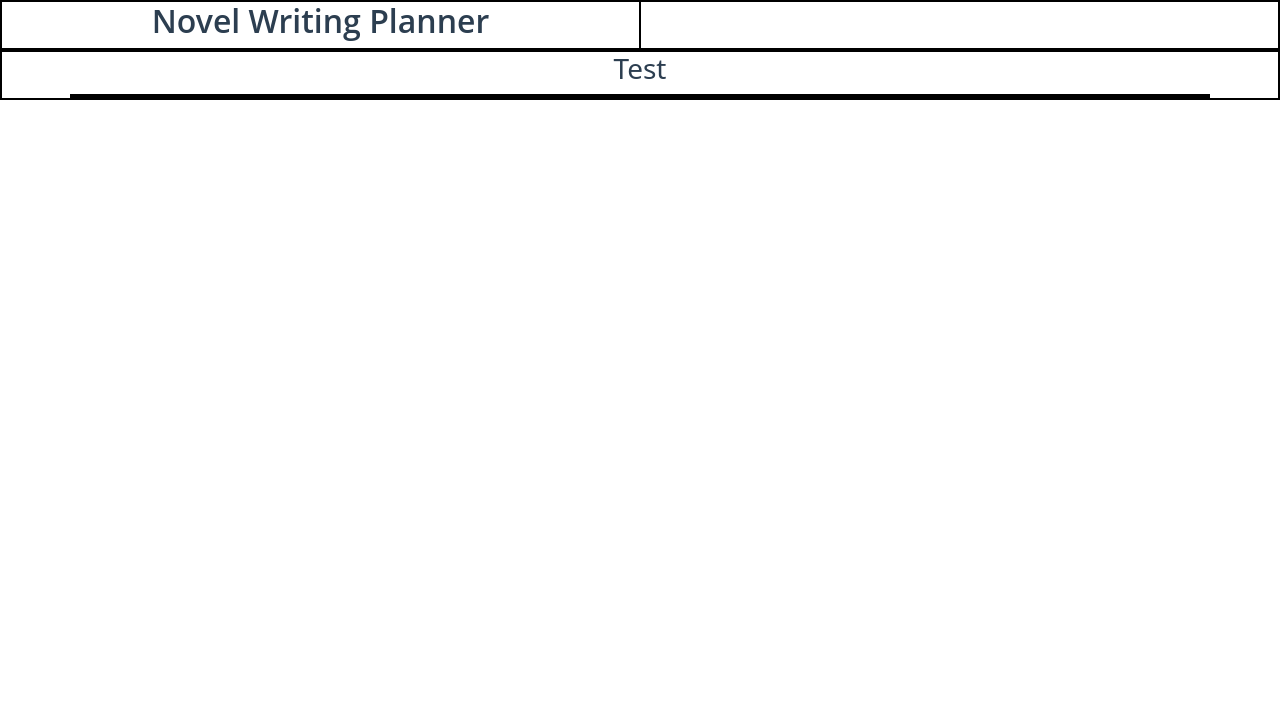
Repository: GossipCoco/RallyeBookV2
Page: /
An editor plug-in stored every save of this project. The page is shown before and after the next save, followed by the edit.
The browser window is 1280 px wide. The pictures show the whole page.
The page's requests for data from a server got no answer. The project was rebuilt for these pictures with package versions that can differ from the ones it lists, and the page was loaded fresh each time. No one was signed in, and anything a server would have sent is missing. Also part of the build but not shown: vue.config.js, src/api/JwTApi.js, server.js, src/components/PageComponent/Login.vue.

Above is the page before, as saved 2023-12-11 15:37:08.

### src/main.js
import { createApp } from 'vue'
import App from './App.vue'
import Router from './Router/Index'
import axios from 'axios'
import VueAxios from 'vue-axios'
import Vuex from 'vuex'
import store from "./store"
// import io from 'socket.io-client'
import { library } from '@fortawesome/fontawesome-svg-core'
import { faCat, faEnvelope, faGamepad, faHome, faHouseUser, faUser, faUserAlt, faUserCog, faUsers } from '@fortawesome/free-solid-svg-icons'
import { FontAwesomeIcon } from '@fortawesome/fontawesome-free'

import 'bootstrap/dist/css/bootstrap.css'
import './assets/css/Layout.css'
import './assets/css/Card.css'


library.add(faUser, faHouseUser, faGamepad, faUser, faHome, faEnvelope, faUserCog, faCat, faUserAlt, faUsers, faCat)
const app = createApp(App)

app.use(FontAwesomeIcon)
app.use(Vuex)
app.use(store)
app.use(Router)
app.use(VueAxios, axios)
app.mount('#app')

### src/App.vue
<template>
  <div class="container-fluid">
    <div class="row">
      <div class="col-6">
        <h1>Novel Writing Planner</h1>
      </div>
      <div class="col-6"></div>
    </div>
    <div class="row">
      <div class="col-12">
      <router-view></router-view>
      </div>
    </div>
  </div>
</template>

<script>
export default {
  name: "App",
};
</script>

<style>
#app {
  -webkit-font-smoothing: antialiased;
  -moz-osx-font-smoothing: grayscale;
  text-align: center;
  color: #2c3e50;
}
</style>

### src/Router/Index.js
import { createWebHistory, createRouter } from "vue-router";
import Home from '../components/PageComponent/Home.vue'
import Login from '../components/PageComponent/Login.vue'

const routes = [
  {
    path: "/",
    name: "home",
    component: Home,
  },
  {
    path: "/home",
    component: Home,
  },
  {
    path: "/login",
    component: Login,
  },
]

const router = createRouter({
    history: createWebHistory(),
    routes,
  });

  export default router;

### src/store/index.js
import { createStore } from "vuex";
import { auth } from "./auth.module";
export default createStore({
  modules: {
    auth,
  },
  state: {},
  mutations: {},
  actions: {},
});

### src/assets/css/Layout.css
@import './variables.scss';

html,
body {
    height: 100vh;
    overflow-y: hidden;
    overflow-x: hidden;
    scroll-behavior: smooth;
    background-size: cover;
    background-position: 10%;
}
.logo{
    width: 25vh;
}
.login-page{
    overflow: auto;
    height: 55vh;
}
#profile-img{
    width: 20px;
}
h1{
    font-family: var(--opensans-text);
    font-weight: 600;
    font-size: 2rem;
}
.row, .col,
.col-1, .col-2, .col-3, .col-4, .col-5, .col-6, .col-7, .col-8, .col-9, .col-10, .col-11, .col-12{
    border: 1px solid rgba(var(--main-black), 1);
}

### src/components/PageComponent/Home.vue
<template>
  <div class="container">
    <header class="jumbotron">
      <h3>Test</h3>
    </header>
    <main class="row">
      <div class="col-12">
        <router-view></router-view>
      </div>
    </main>
  </div>
</template>

  <script>
import UserService from "../../Services/user.service";

export default {
  name: "Home",
  data() {
    return {
      content: "",
      user: "coco",
    };
  },
  mounted() {
    UserService.getPublicContent().then(
      (response) => {
        this.content = response.data;
      },
      (error) => {
        this.content =
          (error.response &&
            error.response.data &&
            error.response.data.message) ||
          error.message ||
          error.toString();
      }
    );
  },
};
</script>

### src/store/auth.module.js
import AuthService from '../Services/auth.service';

const user = JSON.parse(localStorage.getItem('user'));
const initialState = user
  ? { status: { loggedIn: true }, user }
  : { status: { loggedIn: false }, user: null };

export const auth = {
  namespaced: true,
  state: initialState,
  actions: {
    login({ commit }, user) {
      return AuthService.login(user).then(
        user => {
          commit('loginSuccess', user);
          return Promise.resolve(user);
        },
        error => {
          commit('loginFailure');
          return Promise.reject(error);
        }
      );
    },
    logout({ commit }) {
      AuthService.logout();
      commit('logout');
    },
    register({ commit }, user) {
      return AuthService.register(user).then(
        response => {
          commit('registerSuccess');
          return Promise.resolve(response.data);
        },
        error => {
          commit('registerFailure');
          return Promise.reject(error);
        }
      );
    }
  },
  mutations: {
    loginSuccess(state, user) {
      state.status.loggedIn = true;
      state.user = user;
    },
    loginFailure(state) {
      state.status.loggedIn = false;
      state.user = null;
    },
    logout(state) {
      state.status.loggedIn = false;
      state.user = null;
    },
    registerSuccess(state) {
      state.status.loggedIn = false;
    },
    registerFailure(state) {
      state.status.loggedIn = false;
    }
  }
};

### src/assets/css/variables.scss
@import './Roboto.css';
@import './OpenSans.css';
@import './MeriendaMedium.css';
@import './MeriendaRegular.css';

:root{
    --opensans-text: 'Open Sans', sans-serif;
    --roboto-text: 'Roboto', sans-serif;

    --main-white: 255, 255, 255;
    --main-black: 0,0,0;
    --main-grey-background: 249, 251, 253;
    --dark-green-01: 0, 75, 66;
    --dark-green-02: 61, 111, 52;
    --middle-green-01: 3, 152, 134;
    --middle-green-02: 58, 174, 134;
    --clear-green-01: 146, 200, 66;
    --clear-green-02: 89, 207, 187;
}

### src/assets/css/Roboto.css
/* roboto */
@font-face {
    font-family: 'Roboto';
    font-style: normal;
    font-weight: 400;
    src: local('../fonts/Roboto/Roboto-Regular.ttf'),
         url('../fonts/Roboto/Roboto-Regular.ttf') format('ttf'), /* Super Modern Browsers */
  }

### src/assets/css/OpenSans.css
@font-face {
    font-family: 'Open Sans';
    font-style: normal;
    font-weight: 400;
    src: local('../fonts/OpenSans/OpenSans-Regular.ttf'),
         url('../fonts/OpenSans/OpenSans-Regular.ttf') format('ttf'), /* Super Modern Browsers */
  }

### src/assets/css/MeriendaMedium.css
@font-face {
    font-family: 'Open Sans';
    font-style: normal;
    font-weight: 400;
    src: local('../fonts/Merienda/Merienda-Medium.ttf'),
         url('../fonts/Merienda/Merienda-Medium.ttf') format('ttf'), /* Super Modern Browsers */
  }

### src/assets/css/MeriendaRegular.css
@font-face {
    font-family: 'Open Sans';
    font-style: normal;
    font-weight: 400;
    src: local('../fonts/Merienda/Merienda-Regular.ttf'),
         url('../fonts/Merienda/Merienda-Regular.ttf') format('ttf'), /* Super Modern Browsers */
  }

### src/Services/user.service.js
import axios from 'axios';
import authHeader from './auth-header';

const API_URL = 'http://localhost:8080/api/test/';

class UserService {
  getPublicContent() {
    return axios.get(API_URL + 'all');
  }

  getUserBoard() {
    return axios.get(API_URL + 'user', { headers: authHeader() });
  }
}

export default new UserService();

### src/Services/auth.service.js
import axios from 'axios';

const API_URL = 'http://localhost:8080/api/auth/';

class AuthService {
  login(user) {
    return axios
      .post(API_URL + 'signin', {
        username: user.username,
        password: user.password
      })
      .then(response => {
        if (response.data.accessToken) {
          localStorage.setItem('user', JSON.stringify(response.data));
        }

        return response.data;
      });
  }

  logout() {
    localStorage.removeItem('user');
  }

  register(user) {
    return axios.post(API_URL + 'signup', {
      username: user.username,
      email: user.email,
      password: user.password
    });
  }
}

export default new AuthService();

### src/Services/auth-header.js
export default function authHeader() {
    let user = JSON.parse(localStorage.getItem('user'));

    if (user && user.accessToken) {
      return { Authorization: 'GossipCoco ' + user.accessToken };
    } else {
      return {};
    }
  }

Loaded but not shown: public/index.html (common file); src/assets/css/Card.css (common file)

After the next save:
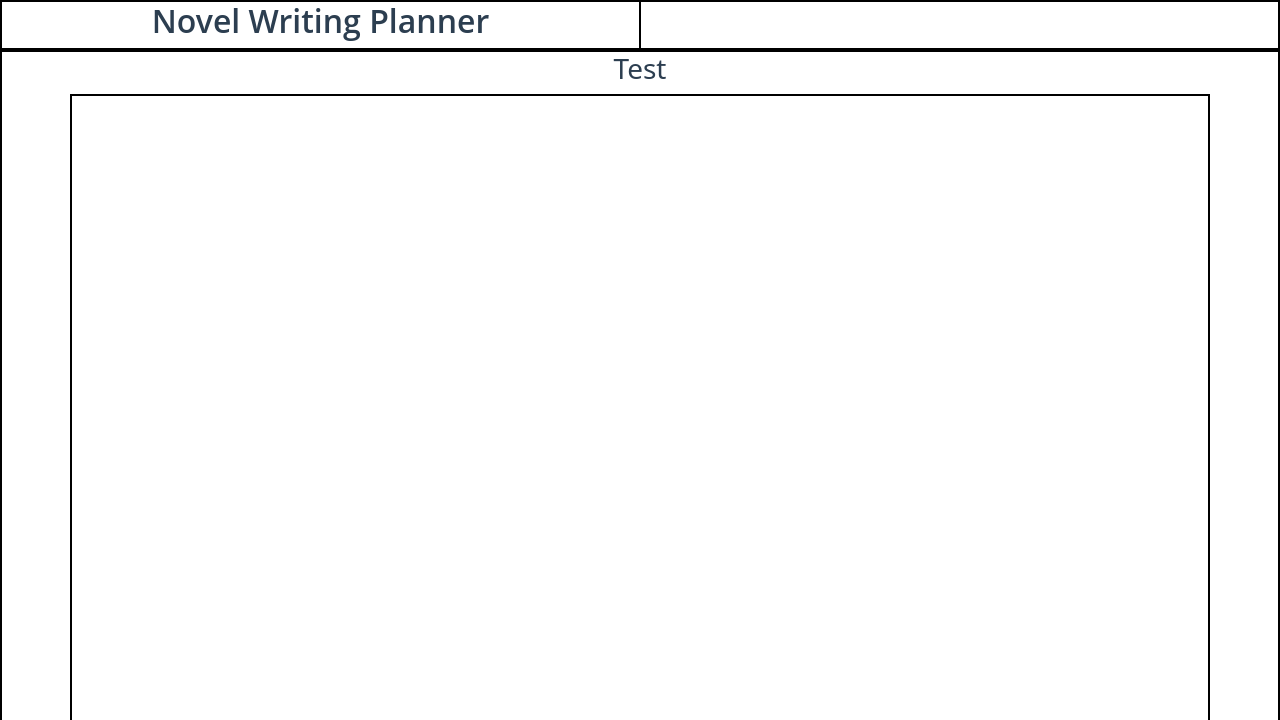
Saved 22 s later.
--- a/src/assets/css/Layout.css
+++ b/src/assets/css/Layout.css
@@ -28,3 +28,6 @@ h1{
 .col-1, .col-2, .col-3, .col-4, .col-5, .col-6, .col-7, .col-8, .col-9, .col-10, .col-11, .col-12{
     border: 1px solid rgba(var(--main-black), 1);
 }
+main{
+    height: 100vh;
+}
